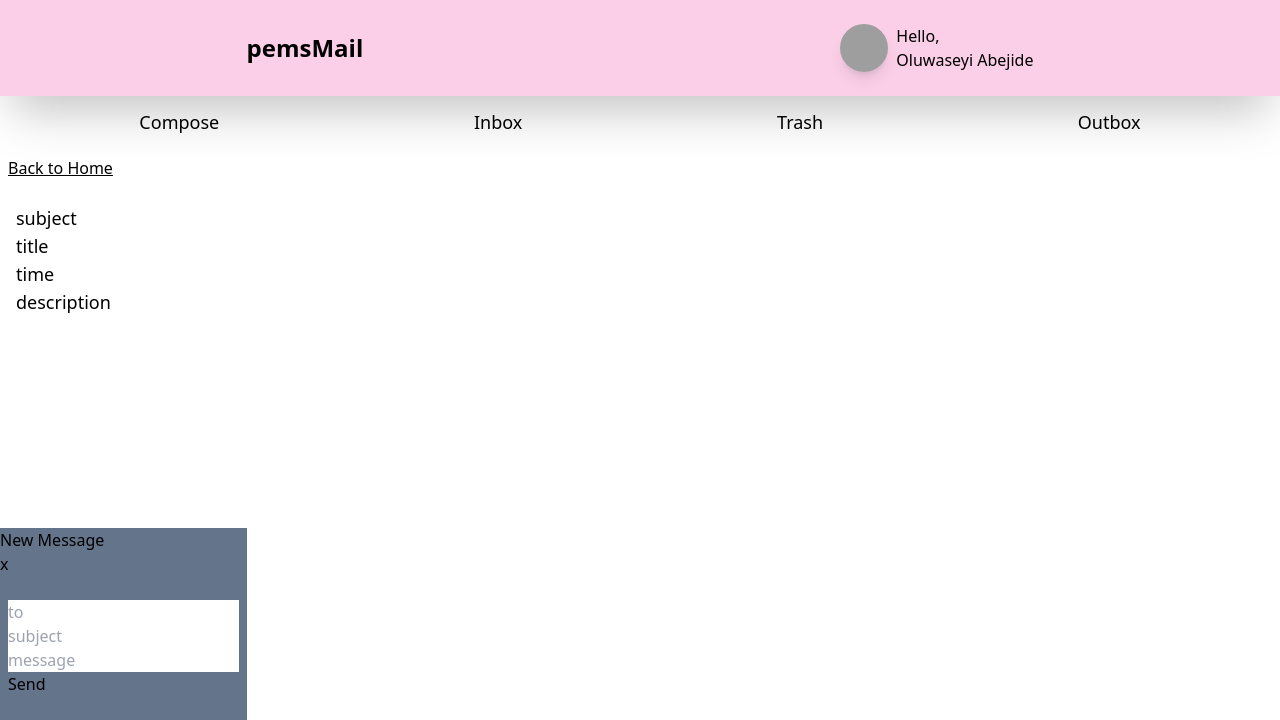
Repository: Semanmernstack/mailclone
Page: /mail
An editor plug-in stored every save of this project. The page is shown before and after the next save, followed by the edit.
The browser window is 1280 px wide. The pictures show the whole page.
Pictures or frames that could not be fetched are drawn as grey boxes. The project was rebuilt for these pictures with package versions that can differ from the ones it lists, and the page was loaded fresh each time. Also part of the build but not shown: src/features/counter/Counter.module.css, src/features/counter/Counter.js, src/OpenRow.js, src/Open.js.

Above is the page before, as saved 2023-01-16 03:53:58.

After the next save:
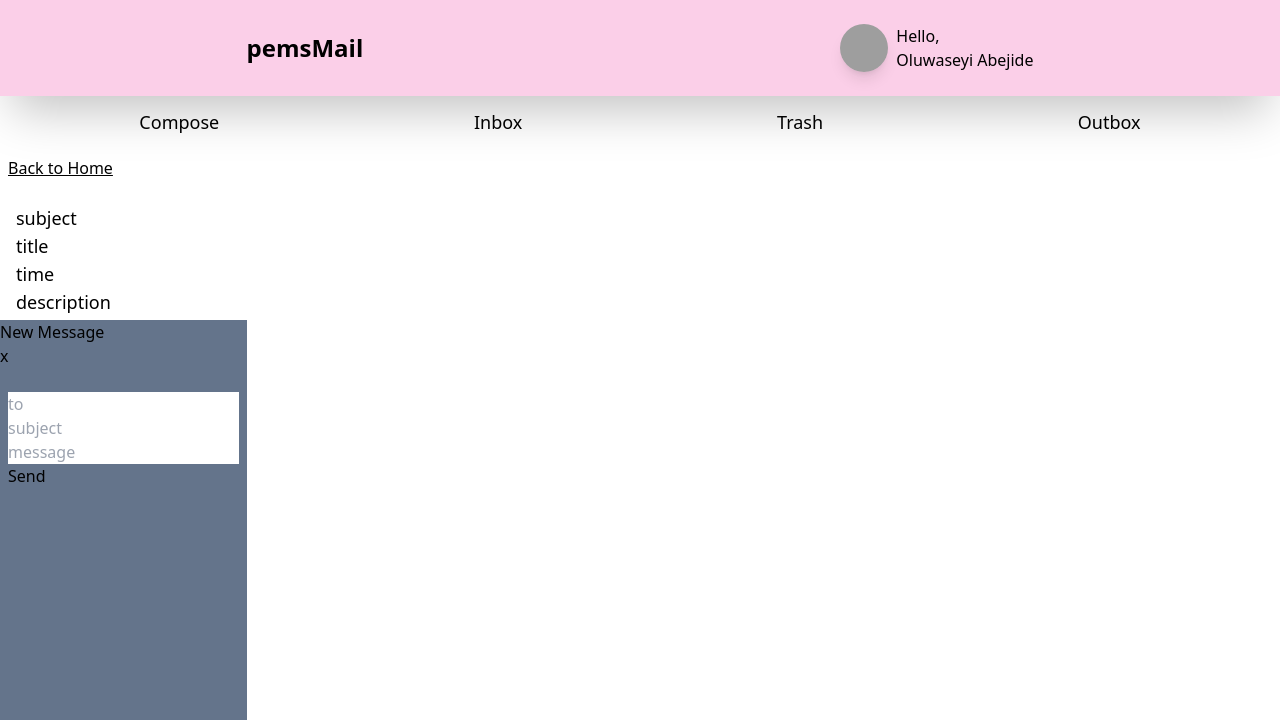
Saved 31 s later.
--- a/src/SendMail.js
+++ b/src/SendMail.js
@@ -5,7 +5,7 @@ function SendMail() {
     const { register, handleSubmit, formState: { errors } } = useForm();
     const onSubmit = (formData) => {}
   return (
-    <div className=" flex absolute bottom-0 flex-col max-width-[450px] bg-slate-500">
+    <div className=" flex absolute bottom-0 flex-col max-width-[450px] h-[400px] bg-slate-500">
             <div className=" ">
                 <h3>New Message</h3>
                 <button   >x</button>
